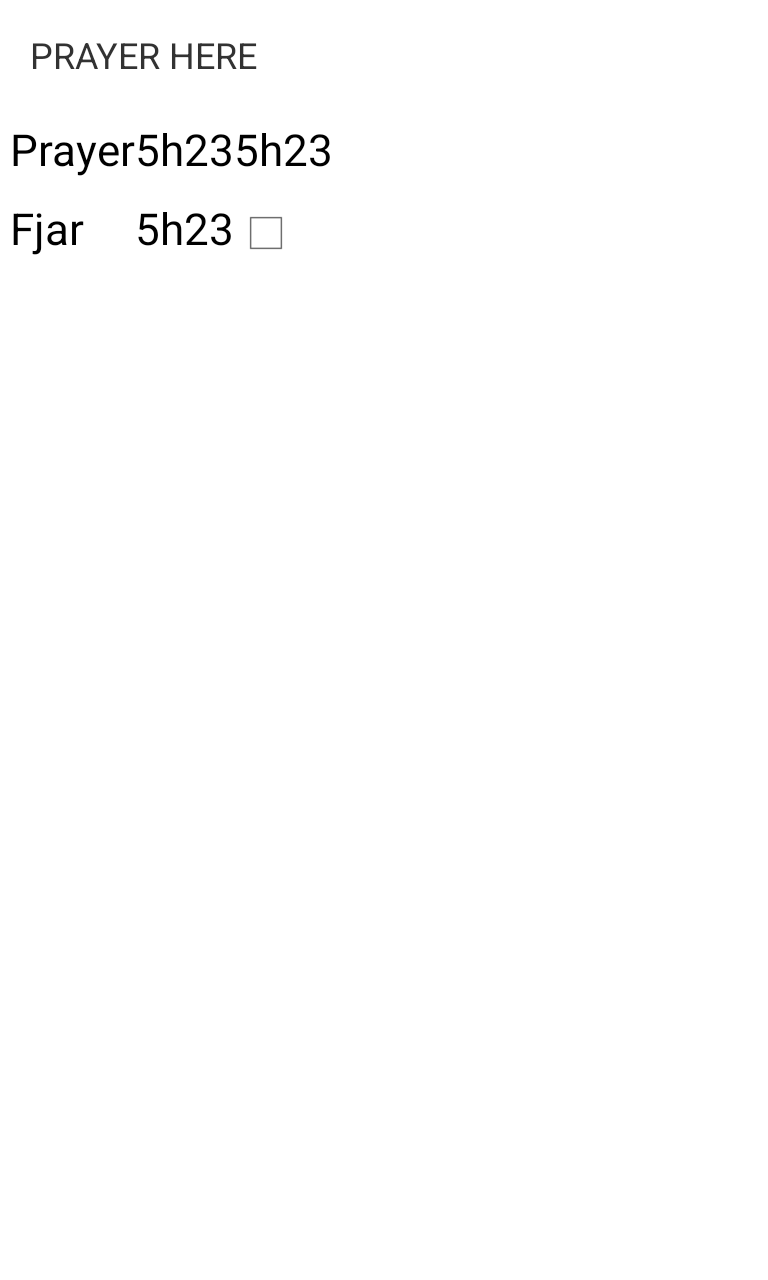
Repository: Osamah/Afstudeerwerk
Layout: NativeApp/SecondPillar/res/layout/activity_prayer.xml
An editor plug-in stored every save of this project. The layout is shown before and after the next save, followed by the edit.
It is drawn on a 768 x 1280 px phone screen (xhdpi) without system bars, with theme AppTheme; the app's code is not run.

Above is the layout before, as saved 2012-12-27 22:52:39.

### NativeApp/SecondPillar/res/layout/activity_prayer.xml
<?xml version="1.0" encoding="utf-8"?>
<LinearLayout
  xmlns:android="http://schemas.android.com/apk/res/android"
  android:orientation="vertical"
  android:layout_width="match_parent"
  android:layout_height="match_parent">

  <!-- Screen Design -->
  <TextView android:text="PRAYER HERE"
            android:padding="15dip"
            android:textSize="18dip"
            android:layout_width="fill_parent"
            android:layout_height="wrap_content"/>



  <TableLayout xmlns:android="http://schemas.android.com/apk/res/android"
    android:id="@+id/tblPrayer"
    android:layout_width="fill_parent"
    android:layout_height="fill_parent" >

  <!-- HEADER -->
 	<TableRow
        android:id="@+id/header"
        android:layout_width="wrap_content"
        android:layout_height="wrap_content"
        android:padding="5dip" >

        <TextView
            android:id="@+id/prayer1"
            android:text="Prayer"
            android:textAppearance="?android:attr/textAppearanceLarge" />

        <TextView
            android:id="@+id/prayerTime1"
            android:text="5h23"
            android:textAppearance="?android:attr/textAppearanceLarge" />

     	<TextView
            android:id="@+id/prayerTime1"
            android:text="5h23"
            android:textAppearance="?android:attr/textAppearanceLarge" />

  	</TableRow>

    <TableRow
        android:id="@+id/tableRow1"
        android:layout_width="wrap_content"
        android:layout_height="wrap_content"
        android:padding="5dip" >

        <TextView
            android:id="@+id/prayer1"
            android:text="Fjar"
            android:textAppearance="?android:attr/textAppearanceLarge" />

        <TextView
            android:id="@+id/prayerTime1"
            android:text="5h23"
            android:textAppearance="?android:attr/textAppearanceLarge" />

        <CheckBox
            android:id="@+id/prayerNotification1"
        />
  	</TableRow>

    </TableLayout>


</LinearLayout>

Loaded but not shown: NativeApp/SecondPillar/res/values/styles.xml (common file); NativeApp/SecondPillar/res/values-v11/styles.xml (common file); NativeApp/SecondPillar/res/values-v14/styles.xml (common file)

After the next save:
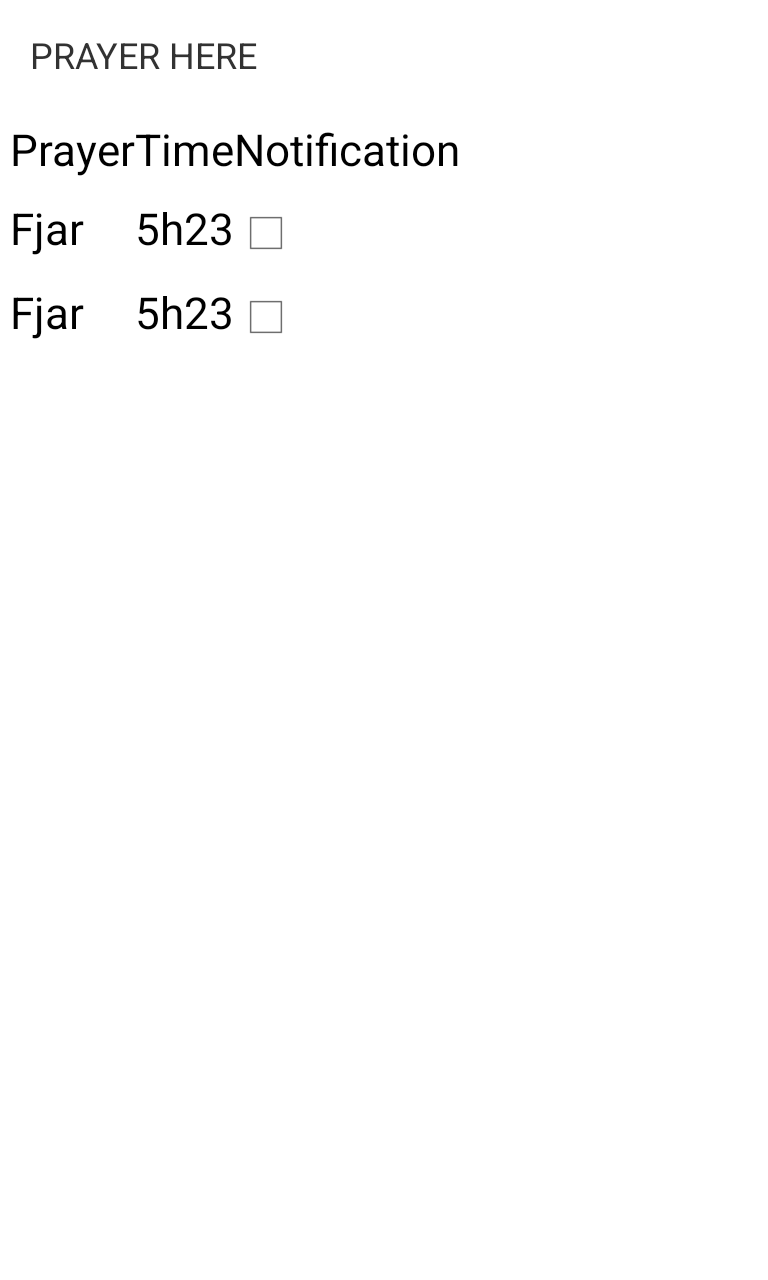
Saved 77 s later.
--- a/NativeApp/SecondPillar/res/layout/activity_prayer.xml
+++ b/NativeApp/SecondPillar/res/layout/activity_prayer.xml
@@ -33,16 +33,39 @@
 
         <TextView
             android:id="@+id/prayerTime1"
-            android:text="5h23"
+            android:text="Time"
             android:textAppearance="?android:attr/textAppearanceLarge" />
 
      	<TextView
             android:id="@+id/prayerTime1"
-            android:text="5h23"
+            android:text="Notification"
             android:textAppearance="?android:attr/textAppearanceLarge" />
 
   	</TableRow>
 
+ 	<!-- PRAYER 1 -->
+    <TableRow
+        android:id="@+id/fjarRow"
+        android:layout_width="wrap_content"
+        android:layout_height="wrap_content"
+        android:padding="5dip" >
+
+        <TextView
+            android:id="@+id/prayer1"
+            android:text="Fjar"
+            android:textAppearance="?android:attr/textAppearanceLarge" />
+
+        <TextView
+            android:id="@+id/prayerTime1"
+            android:text="5h23"
+            android:textAppearance="?android:attr/textAppearanceLarge" />
+
+        <CheckBox
+            android:id="@+id/prayerNotification1"
+        />
+  	</TableRow>
+
+    <!-- PRAYER 2 -->
     <TableRow
         android:id="@+id/tableRow1"
         android:layout_width="wrap_content"
@@ -63,7 +86,6 @@
             android:id="@+id/prayerNotification1"
         />
   	</TableRow>
-
     </TableLayout>
 
 
